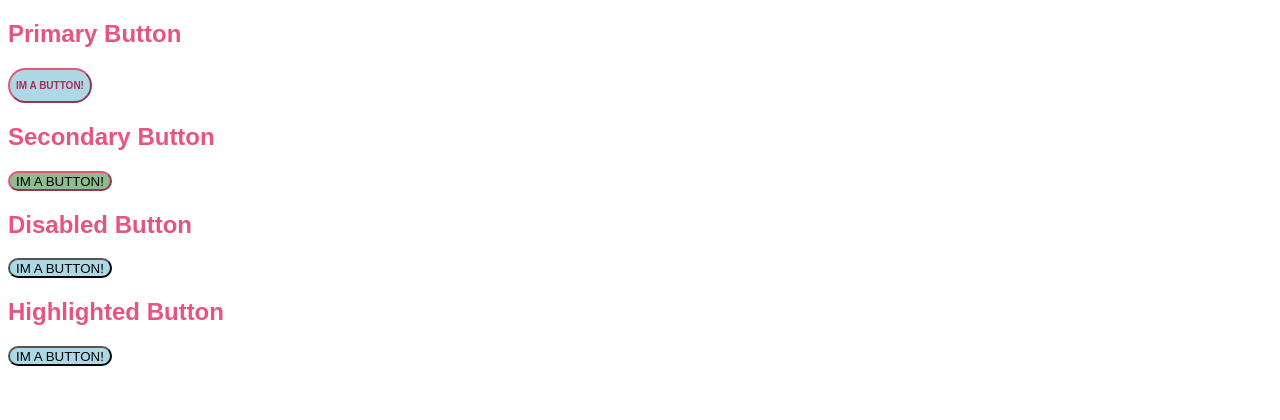
Repository: Jvien2/3126-repo
Page: index.html
An editor plug-in stored every save of this project. The page is shown before and after the next save, followed by the edit.
The browser window is 1280 px wide. The pictures show the whole page.

Above is the page before, as saved 2026-10-01 01:07:13.
Not found: code.js

After the next save:
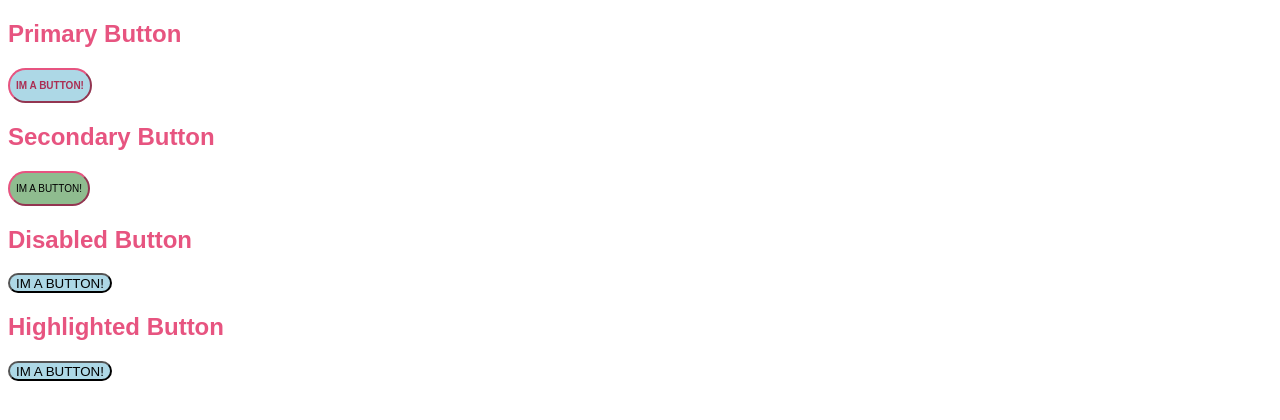
Saved 29 s later.
--- a/style.css
+++ b/style.css
@@ -23,4 +23,6 @@ h2 {
 .btn-secondary {
      background-color:darkseagreen;
      border-color: #e75480;
+    height: 35px;
+    font-size: 10px;
 }
